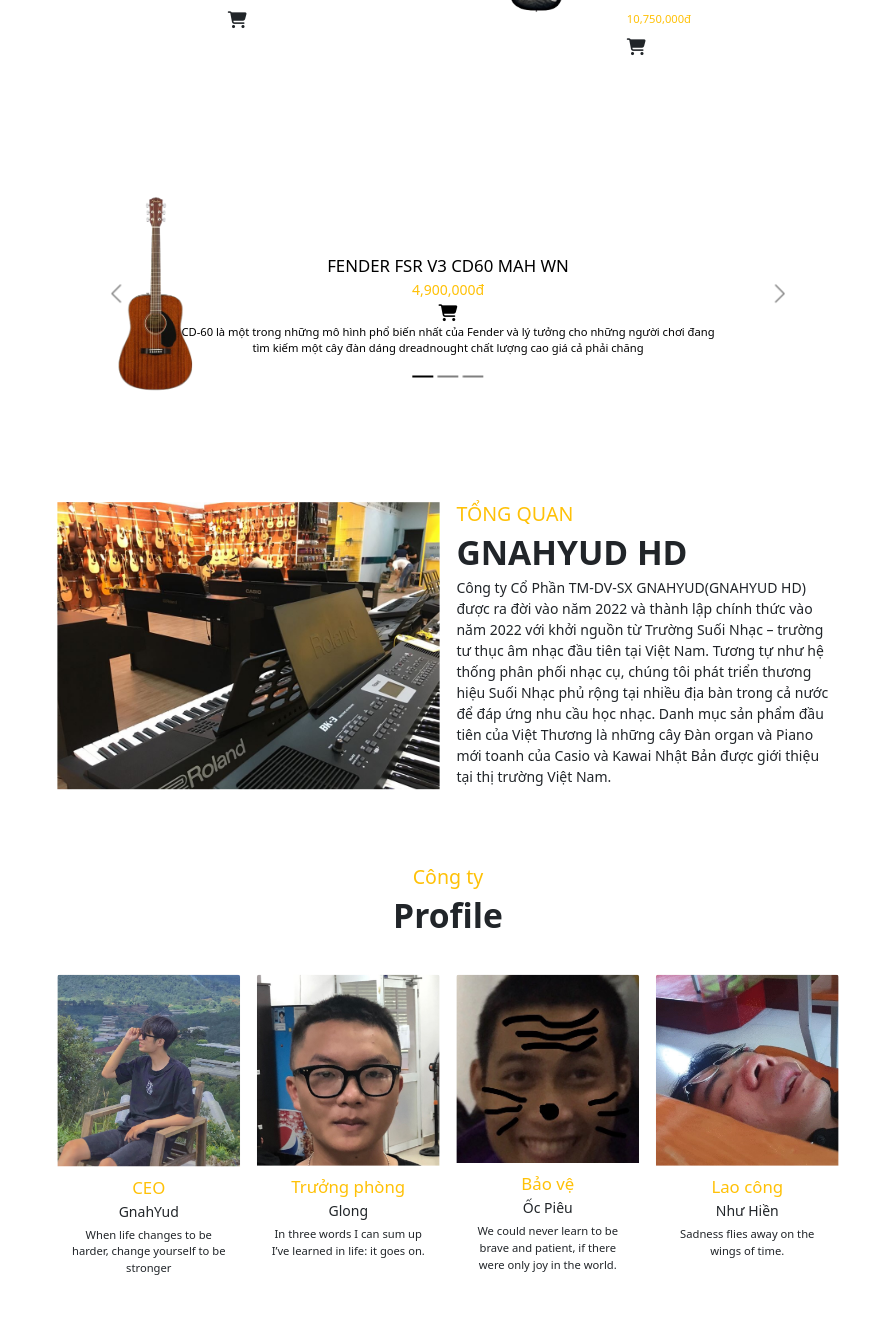
Repository: HoangDuy315/guitar
Page: index.html
These files come from the project's save history. The page is drawn as it stood at one moment and after a run of saves; the edit follows.
The browser window is 1280 px wide. The pictures show the part of the page from y = 1958 to 3878 px (the page is 4930 px tall before and 4866 px after), at 70% of full size.
Some web libraries are served in a nearby version.

Above is the page before, as saved 2022-09-17 20:17:31.

After the next 2 saves:
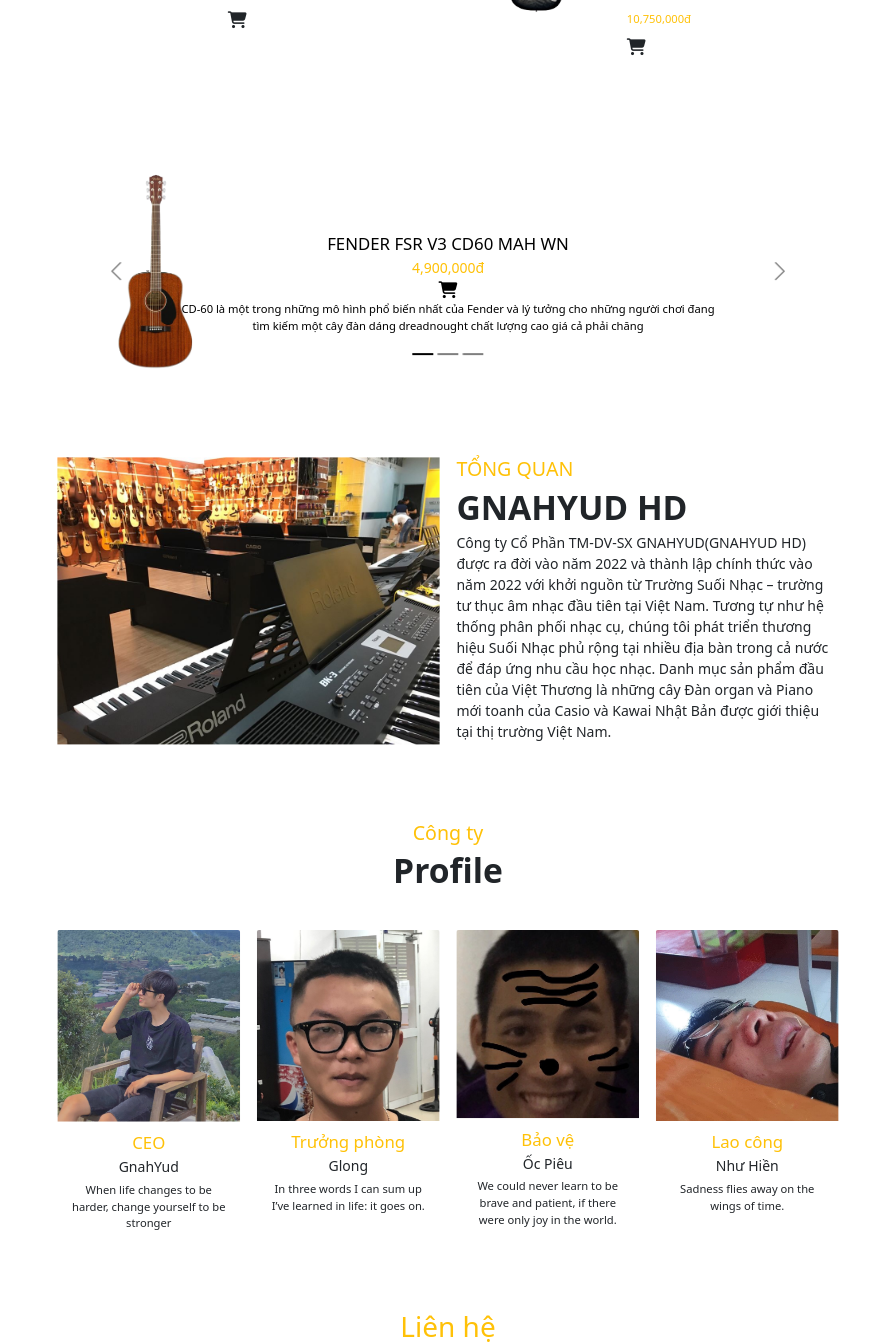
The 2 saves are shown as one change because they came seconds apart.
The last was saved 10 s later.
--- a/index.html
+++ b/index.html
@@ -198,7 +198,7 @@
 
      <!-- Carousel -->
      <section id="menu">
-      <div class="container my-5 py-5">
+      <div class="container my-3 py-3">
           <div class="row mb-2">
               <div class="col-12 text-center">
                 <div id="carouselExampleDark" class="carousel carousel-dark slide" data-bs-ride="carousel">
